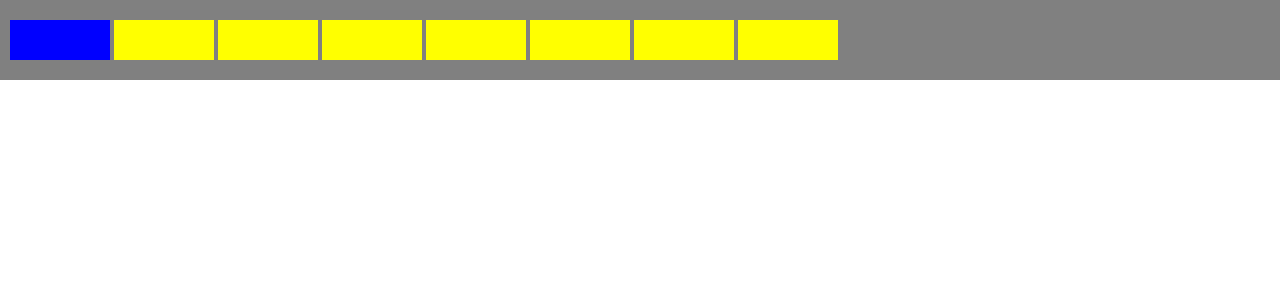
Repository: Bahtiyorovich/javascript-cource
Page: public/classList.html
The author's editor kept a copy of each file at every save. The page is drawn from the files as they stood at one save, then again after a run of saves.
The browser window is 1280 px wide. The pictures show the whole page.

Above is the page before, as saved 2022-12-22 11:22:39.
Console error: SyntaxError: Unexpected token '{'

### public/classList.html
<!DOCTYPE html>
<html lang="ru">
  <head>
    <meta charset="utf-8" />
    <meta http-equiv="X-UA-Compatible" content="IE=edge" />
    <title>JavaScript</title>
    <link rel="stylesheet" href="../styles/classList.css" />
  </head>
  <body>
    <div id="first" class="btn-block">
      <button class="blue some"></button>
      <button></button>
      <button></button>
      <button></button>
      <button></button>
      <button></button>
      <button></button>
      <button></button>
    </div>

    <script src="../src/classList.js"></script>
  </body>
</html>

### styles/classList.css
* {
    margin: 0;
    padding: 0;
    box-sizing: border-box;
  }
  .box {
    position: absolute;
    width: 100px;
    height: 100px;
    background-color: blue;
  }
  .wrapper {
    position: relative;
    width: 400px;
    height: 400px;
    border: 3px solid red;
  }
  .btn-block {
    padding: 10px;
    background-color: grey;
  }
  button {
    margin-bottom: 10px;
    margin-top: 10px;
    width: 100px;
    height: 40px;
    background-color: yellow;
    border: none;
    transition: 0.3s all;
  }

  .blue {
    background-color: blue;
  }

  .red {
    background-color: red;
  }

### src/classList.js
"use strict"

const btns = document.querySelectorAll('button');

/* ClassList - xossasining methodlari:
    1. length - btns[0]  yani ( 0 ) indeksdagi button da nechta class borligini aniqlaydi.
    2. item - btnx[0] yani ( 0 ) indeksdagi buttonda "0" indeksdagi class nomi qaysi ekanligini aniqlaydi.
*/
// console.log(btns[0].classList.length)
// console.log(btns[0].classList.item(0))

btns[1].classList.add('blue', 'some'); // class qo'shish
btns[0].classList.remove('blue'); // classni o'chirish
btns[1].classList.toggle('green'); // agar green clasi bor bo'lsa yo'q qiladi, yo'q bo'lsa green clasini qo'shadi.

if(btns[0].classList.contains('blue'){

})

After the next 5 saves:
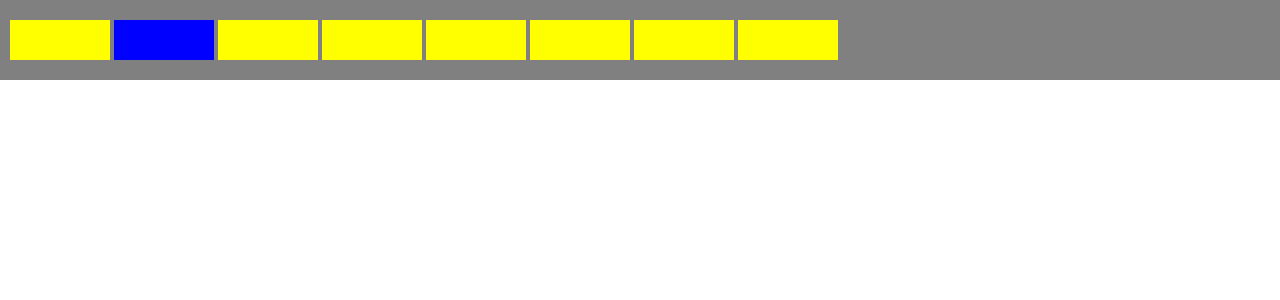
The error is gone.
The 5 saves are shown as one change because they came seconds apart.
The last was saved 15 s later.
--- a/src/classList.js
+++ b/src/classList.js
@@ -13,6 +13,6 @@ btns[1].classList.add('blue', 'some'); // class qo'shish
 btns[0].classList.remove('blue'); // classni o'chirish
 btns[1].classList.toggle('green'); // agar green clasi bor bo'lsa yo'q qiladi, yo'q bo'lsa green clasini qo'shadi.
 
-if(btns[0].classList.contains('blue'){
-
-})
+if(btns[0].classList.contains('blue')){
+    console.log('')
+}
